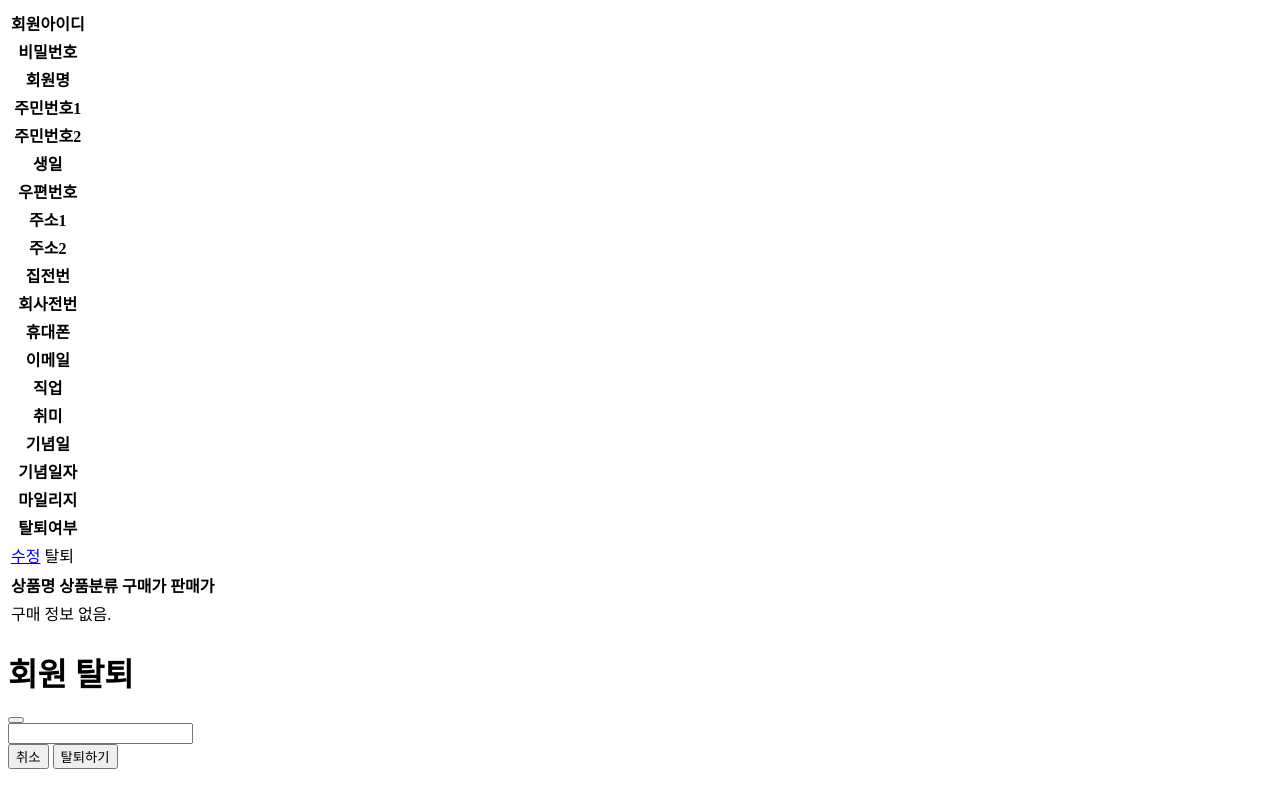
Repository: hoseolkim/restart
Page: http://localhost/WebStudy03_Mybatis/WEB-INF/views/member/myPage.jsp
These files come from the project's save history. The page is drawn as it stood at one moment and after the next save; the edit follows.
The browser window is 1280 px wide. The pictures show the whole page.
The page is served by Tomcat 9. Nobody is signed in. Other server files are loaded and not shown. The template is opened directly, without the code that normally fills it, so the values that code supplies are empty.

Above is the page before, as saved 2023-10-02 02:19:49.
Console error: ReferenceError: $ is not defined

### WebStudy03_Mybatis/src/main/webapp/WEB-INF/views/member/myPage.jsp
<%@ page language="java" contentType="text/html; charset=UTF-8"
    pageEncoding="UTF-8"%>
<%@ taglib uri="http://java.sun.com/jsp/jstl/core"  prefix="c"%>
    <c:if test="${not empty message }">
    	<script>
    		alert("${message}");;
    	</script>
    	<c:remove var="message" scope="session" />
    </c:if>

	<table class="table table-bordered">
		<tr>
			<th>회원아이디</th>
			<td>${member.memId }</td>
		</tr>
		<tr>
			<th>비밀번호</th>
			<td>${member.memPass }</td>
		</tr>
		<tr>
			<th>회원명</th>
			<td>${member.memName }</td>
		</tr>
		<tr>
			<th>주민번호1</th>
			<td>${member.memRegno1 }</td>
		</tr>
		<tr>
			<th>주민번호2</th>
			<td>${member.memRegno2 }</td>
		</tr>
		<tr>
			<th>생일</th>
			<td>${member.memBir }</td>
		</tr>
		<tr>
			<th>우편번호</th>
			<td>${member.memZip }</td>
		</tr>
		<tr>
			<th>주소1</th>
			<td>${member.memAdd1 }</td>
		</tr>
		<tr>
			<th>주소2</th>
			<td>${member.memAdd2 }</td>
		</tr>
		<tr>
			<th>집전번</th>
			<td>${member.memHometel }</td>
		</tr>
		<tr>
			<th>회사전번</th>
			<td>${member.memComtel }</td>
		</tr>
		<tr>
			<th>휴대폰</th>
			<td>${member.memHp }</td>
		</tr>
		<tr>
			<th>이메일</th>
			<td>${member.memMail }</td>
		</tr>
		<tr>
			<th>직업</th>
			<td>${member.memJob }</td>
		</tr>
		<tr>
			<th>취미</th>
			<td>${member.memLike }</td>
		</tr>
		<tr>
			<th>기념일</th>
			<td>${member.memMemorial }</td>
		</tr>
		<tr>
			<th>기념일자</th>
			<td>${member.memMemorialday }</td>
		</tr>
		<tr>
			<th>마일리지</th>
			<td>${member.memMileage }</td>
		</tr>
		<tr>
			<th>탈퇴여부</th>
			<td>${member.memDelete }</td>
		</tr>
		<tr>
			<td colspan="2">
				<a href="${pageContext.request.contextPath }/member/memberUpdate.do" class="btn btn-primary">수정</a>
				<a class="btn btn-danger" data-bs-toggle="modal" data-bs-target="#exampleModal">탈퇴</a>
			</td>
		</tr>
	</table>
	<table>
		<thead>
			<tr>
				<th>상품명</th>
				<th>상품분류</th>
				<th>구매가</th>
				<th>판매가</th>
			</tr>
		</thead>
		<tbody>
			<c:set var="prodSet" value="${member.prodSet }" />
			<c:choose>
				<c:when test="${not empty prodSet }">
					<c:forEach items="${prodSet }" var="prod">
						<tr>
							<td>${prod.prodName }</td>
							<td>${prod.lprod.lprodNm }</td>
							<td>${prod.prodCost }</td>
							<td>${prod.prodPrice }</td>
						</tr>
					</c:forEach>
				</c:when>
				<c:otherwise>
					<tr>
						<td colspan="4">구매 정보 없음.</td>
					</tr>
				</c:otherwise>
			</c:choose>
<%-- 		<c:if test="${not empty member.prodSet }"> --%>
<%-- 			<c:forEach items="${member.prodSet }" var="prodVO"> --%>
<!-- 				<tr> -->
<!-- 				<th>구매상품</th> -->
<%-- 				<td><c:out value="${prodVO.prodName }"/></td> --%>
<!-- 				</tr> -->
<%-- 			</c:forEach> --%>
<%-- 		</c:if> --%>
<%-- 		<c:if test="${empty member.prodSet }"> --%>
<!-- 			<tr> -->
<!-- 				<td colspan="2">구매 한 상품 목록이 없습니다.</td> -->
<!-- 			</tr> -->
<%-- 		</c:if> --%>

		</tbody>
	</table>


<!-- Modal -->
<div class="modal fade" id="exampleModal" tabindex="-1" aria-labelledby="exampleModalLabel" aria-hidden="true">
  <div class="modal-dialog">
    <div class="modal-content">
      <div class="modal-header">
        <h1 class="modal-title fs-5" id="exampleModalLabel">회원 탈퇴</h1>
        <button type="button" class="btn-close" data-bs-dismiss="modal" aria-label="Close"></button>
      </div>
       <form id="delForm" action='<c:url value="/member/memberDelete.do"/>' method="post">
	      <div class="modal-body">
	        	<input type="password" name="password" class="form-control" />
	      </div>
	      <div class="modal-footer">
	        <button type="button" class="btn btn-secondary" data-bs-dismiss="modal">취소</button>
	        <input type="submit" class="btn btn-primary" value="탈퇴하기">
	      </div>
       </form>
    </div>
  </div>
</div>
<script>
	$(exampleModal).on('hidden.bs.modal',function(){
		$(this).find('form')[0].reset();
	});
	$(delBtn).on('click',function(){
		delForm.submit();
	})
</script>

After the next save:
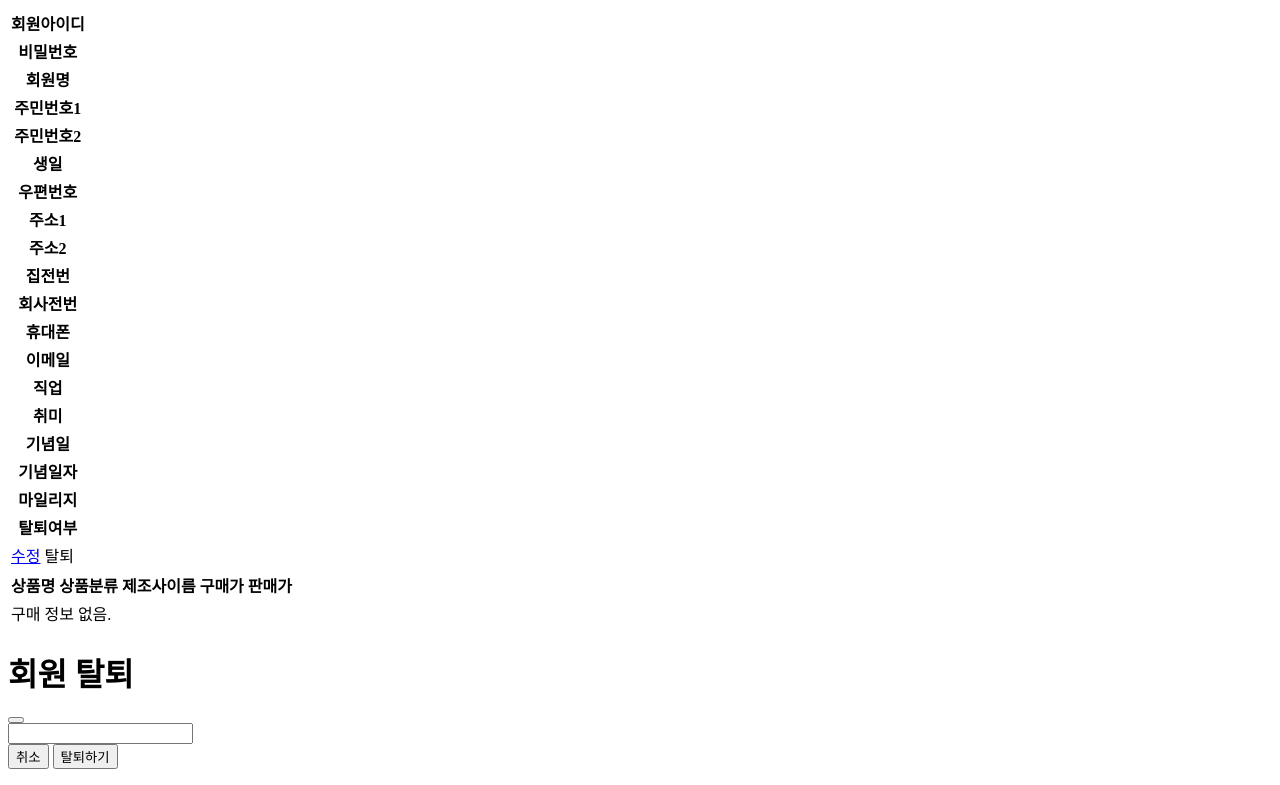
Saved 11 s later.
--- a/WebStudy03_Mybatis/src/main/webapp/WEB-INF/views/member/myPage.jsp
+++ b/WebStudy03_Mybatis/src/main/webapp/WEB-INF/views/member/myPage.jsp
@@ -97,6 +97,7 @@
 			<tr>
 				<th>상품명</th>
 				<th>상품분류</th>
+				<th>제조사이름</th>
 				<th>구매가</th>
 				<th>판매가</th>
 			</tr>
